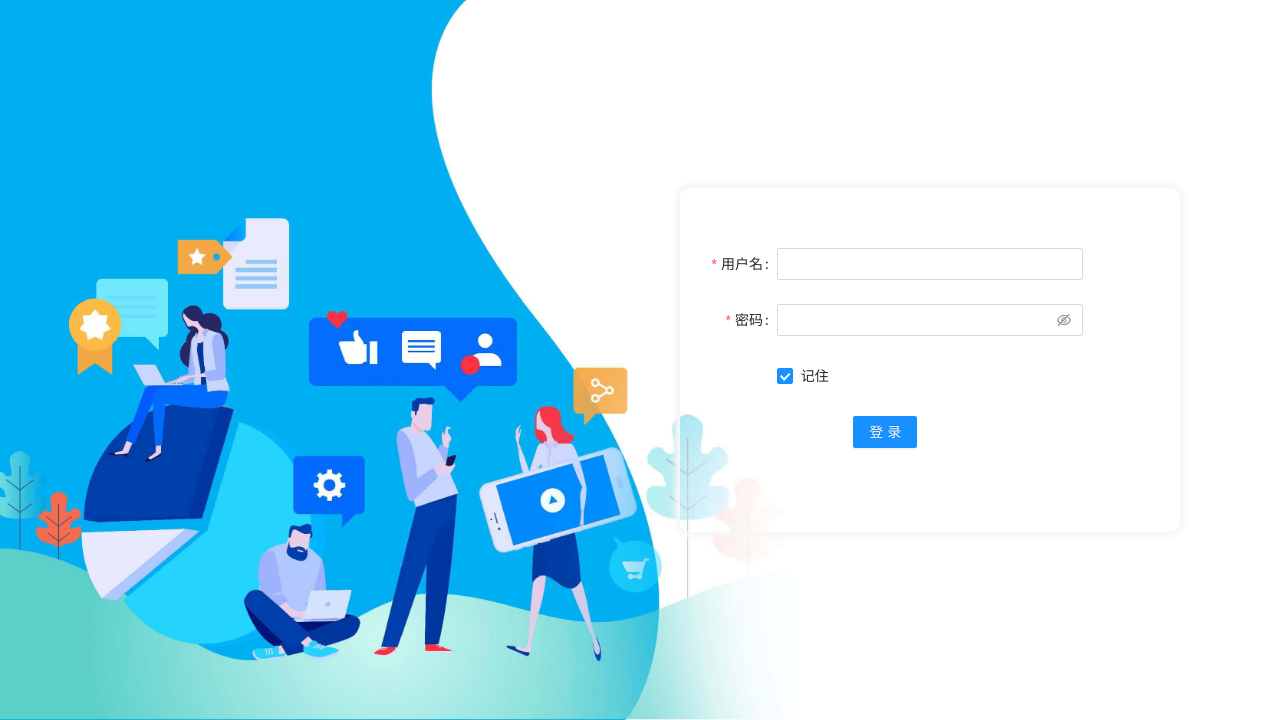
Repository: DallenCat/react-test
Page: /login
These files come from the project's save history. The page is drawn as it stood at one moment and after the next save; the edit follows.
The browser window is 1280 px wide. The pictures show the whole page.
The project was rebuilt for these pictures with package versions that can differ from the ones it lists, and the page was loaded fresh each time. Also part of the build but not shown: src/containers/dashboard/index.js, src/containers/personal/index.js, src/components/layout/index.css, src/components/layout/sider/menu.js, src/components/layout/sider/logo.js, src/components/layout/sider/index.js, src/components/layout/index.js.

Above is the page before, as saved 2021-10-29 17:32:42.

### src/index.js
/*
 * @Descripttion:
 * @version:
 * @Author: dal
 * @Date: 2021-10-26 17:14:54
 * @LastEditors: dal
 * @LastEditTime: 2021-10-28 17:36:55
 */
import React from 'react';
import ReactDOM from 'react-dom';
import './index.css';
import App from './App';
import reportWebVitals from './reportWebVitals';
import { Provider } from "react-redux"
import store from "./store"

ReactDOM.render(
  <Provider store={store}>
    <App />
  </Provider>,
  document.getElementById('root')
);

// If you want to start measuring performance in your app, pass a function
// to log results (for example: reportWebVitals(console.log))
// or send to an analytics endpoint. Learn more: https://bit.ly/CRA-vitals
reportWebVitals();

### src/App.js
/*
 * @Descripttion:
 * @version:
 * @Author: dal
 * @Date: 2021-10-26 17:14:54
 * @LastEditors: dal
 * @LastEditTime: 2021-10-29 16:36:06
 */

import './App.css';
import Routes from './routes';
import { BrowserRouter as Router, Switch, Route } from 'react-router-dom';
import SiderDemo from "@/components/layout/index.js"
import { Component } from 'react';
class App extends Component {
  render() {
    let staticPage = ['/login'] //不需要左侧导航的页面
    let LayoutRouter = (props) => {
      if (staticPage.includes(props.location.pathname)) {
        return (
          <Routes />
        )
      } else {
        return (
          <SiderDemo>
            <Routes />
          </SiderDemo>
        )
      }
    }
    return (
      <Router>
        <Switch>
          <Route path="/" component={LayoutRouter} />
        </Switch>
      </Router>
    )
  }

}
// render(<Router routes={routes} />, document.body)
export default App;

### src/store/index.js
/*
 * @Descripttion:
 * @version:
 * @Author: dal
 * @Date: 2021-10-28 17:32:00
 * @LastEditors: dal
 * @LastEditTime: 2021-10-29 15:12:22
 */
import { configureStore } from '@reduxjs/toolkit'

import counterReducer from '@/reducers/counterReducer'
import menuReducer from '@/reducers/menuReducer'

export default configureStore({
  reducer: {
    counter: counterReducer,
    menu: menuReducer
  }
})

### src/App.css
@import '~antd/dist/antd.css';

.App {
  text-align: center;
}

.App-logo {
  height: 40vmin;
  pointer-events: none;
}

@media (prefers-reduced-motion: no-preference) {
  .App-logo {
    animation: App-logo-spin infinite 20s linear;
  }
}

.App-header {
  background-color: #282c34;
  min-height: 100vh;
  display: flex;
  flex-direction: column;
  align-items: center;
  justify-content: center;
  font-size: calc(10px + 2vmin);
  color: white;
}

.App-link {
  color: #61dafb;
}

@keyframes App-logo-spin {
  from {
    transform: rotate(0deg);
  }

  to {
    transform: rotate(360deg);
  }
}

### src/routes/index.js
/*
 * @Descripttion:
 * @version:
 * @Author: dal
 * @Date: 2021-10-26 17:34:53
 * @LastEditors: dal
 * @LastEditTime: 2021-10-29 16:08:19
 */
import Login from "@/containers/login"
import Dashboard from "@/containers/dashboard"
import Personal from "@/containers/personal"
import { Route, Switch, withRouter } from 'react-router-dom';

const routes = () => {
  return (
    <Switch>
      <Route exact path={"/login"} component={Login} />
      <Route exact path={"/dashboard"} component={Dashboard} />
      <Route exact path={"/personal"} component={Personal} />

    </Switch>
  )
}
export default withRouter(routes)

### src/reducers/counterReducer.js
/*
 * @Descripttion:
 * @version:
 * @Author: dal
 * @Date: 2021-10-28 17:35:16
 * @LastEditors: dal
 * @LastEditTime: 2021-10-29 14:37:24
 */
import { createSlice } from '@reduxjs/toolkit'

export const counterSlice = createSlice({
  name: 'counter',
  initialState: {
    value: 0
  },
  reducers: {
    increment: state => {
      // Redux Toolkit allows us to write "mutating" logic in reducers. It
      // doesn't actually mutate the state because it uses the immer library,
      // which detects changes to a "draft state" and produces a brand new
      // immutable state based off those changes
      state.value += 1
    },
    decrement: state => {
      state.value -= 1
    },
    incrementByAmount: (state, action) => {
      state.value += action.payload
    }
  }
})

export const { increment, decrement, incrementByAmount } = counterSlice.actions
export const selectCount = state => state.counter.value
export default counterSlice.reducer

### src/reducers/menuReducer.js
/*
 * @Descripttion:
 * @version:
 * @Author: dal
 * @Date: 2021-10-29 14:58:26
 * @LastEditors: dal
 * @LastEditTime: 2021-10-29 15:12:01
 */
import { createSlice } from "@reduxjs/toolkit"

export const menuSlice = createSlice({
  name: "menu",
  initialState: {
    value: []
  },
  reducers: {
    setMenu: (state, action) => {
      state.value = action.payload
    }
  }
})
export const { setMenu } = menuSlice.actions
export const getMenu = state => state.menu.value
export default menuSlice.reducer

### src/containers/login/index.js
/*
 * @Descripttion:
 * @version:
 * @Author: dal
 * @Date: 2021-10-29 15:24:14
 * @LastEditors: dal
 * @LastEditTime: 2021-10-29 17:31:52
 */
import { Component } from "react";
import { Form, Input, Button, Checkbox } from 'antd';
import "./login.scss"

export function LoginForm(props) {

  const onFinish = (values) => {
    console.log('Success:', values);
  };

  const onFinishFailed = (errorInfo) => {
    console.log('Failed:', errorInfo);
  };
  return (
    <Form
      name="basic"
      labelCol={{ span: 4, }}
      wrapperCol={{ span: 16, }}
      initialValues={{ remember: true, }}
      onFinish={onFinish}
      onFinishFailed={onFinishFailed}
      autoComplete="off"
    >
      <Form.Item
        label="用户名"
        name="username"
        rules={[{ required: true, message: '请输入用户名', },]}
      >
        <Input />
      </Form.Item>

      <Form.Item
        label="密码"
        name="password"
        rules={[{ required: true, message: '请输入密码', },]}
      >
        <Input.Password />
      </Form.Item>

      <Form.Item
        name="remember"
        valuePropName="checked"
        wrapperCol={{ offset: 4 }}
      >
        <Checkbox>记住</Checkbox>
      </Form.Item>

      <Form.Item wrapperCol={{ offset: 8, span: 16, }} >
        <Button type="primary" htmlType="submit">
          登录
        </Button>
      </Form.Item>
    </Form>
  );

}
//这边只有子组件内部的数据流向
//子组件与父组件怎么通信？
class LOGIN extends Component {
  render(h) {
    return (
      <div>
        <div className="bg">
          <div className="form">
            <LoginForm></LoginForm>
          </div>
        </div>
      </div>
    )
  }
}
export default LOGIN

### src/containers/login/login.scss
.bg {
  width: 100%;
  height: 100vh;
  background-image: url('~@/assets/images/login-background.jpg');
  background-size: 100% 100%;
  background-repeat: no-repeat;
  display: flex;
  align-items: center;
  justify-content: flex-end;
}

.form {
  width: 500px;
  margin-right: 100px;
  box-shadow: 0px 0px 5px 5px #f7f7f7;
  padding: 60px 20px;
  border-radius: 10px;
}

Loaded but not shown: public/index.html (common file); src/index.css (common file); src/reportWebVitals.js (common file)

After the next save:
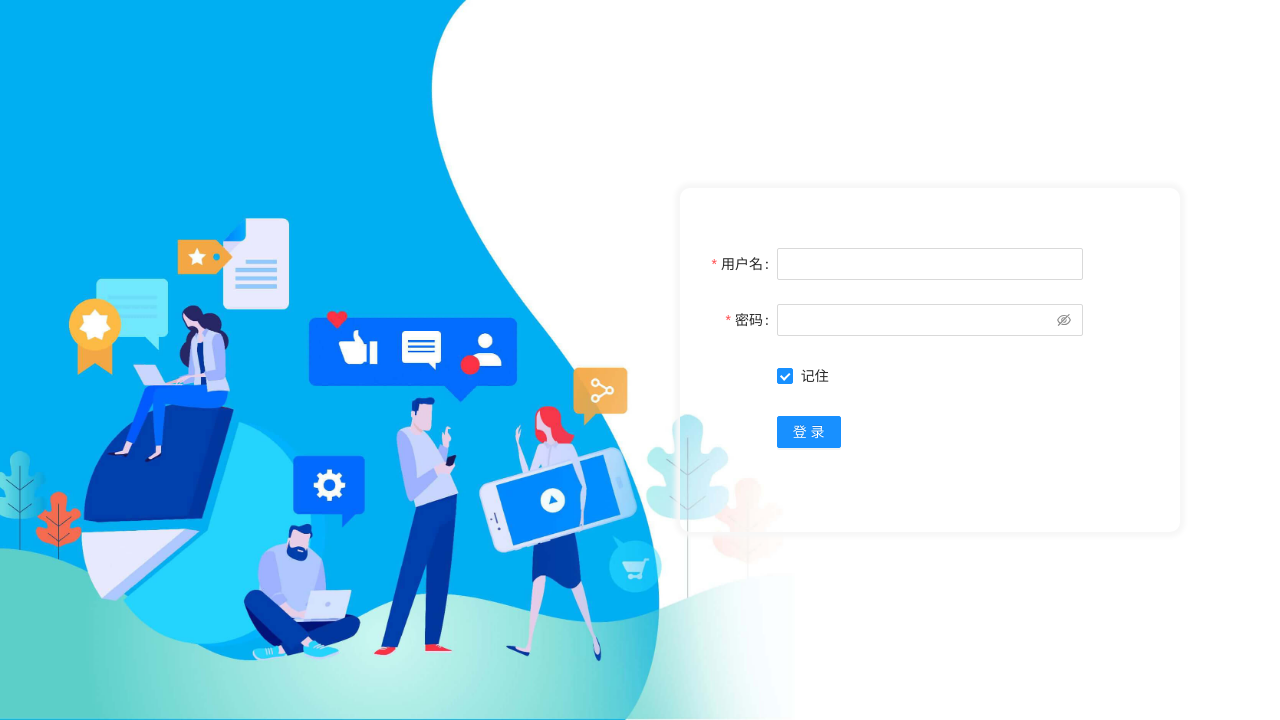
Saved 5 s later.
--- a/src/containers/login/index.js
+++ b/src/containers/login/index.js
@@ -53,7 +53,7 @@ export function LoginForm(props) {
         <Checkbox>记住</Checkbox>
       </Form.Item>
 
-      <Form.Item wrapperCol={{ offset: 8, span: 16, }} >
+      <Form.Item wrapperCol={{ offset: 4, span: 16, }} >
         <Button type="primary" htmlType="submit">
           登录
         </Button>
